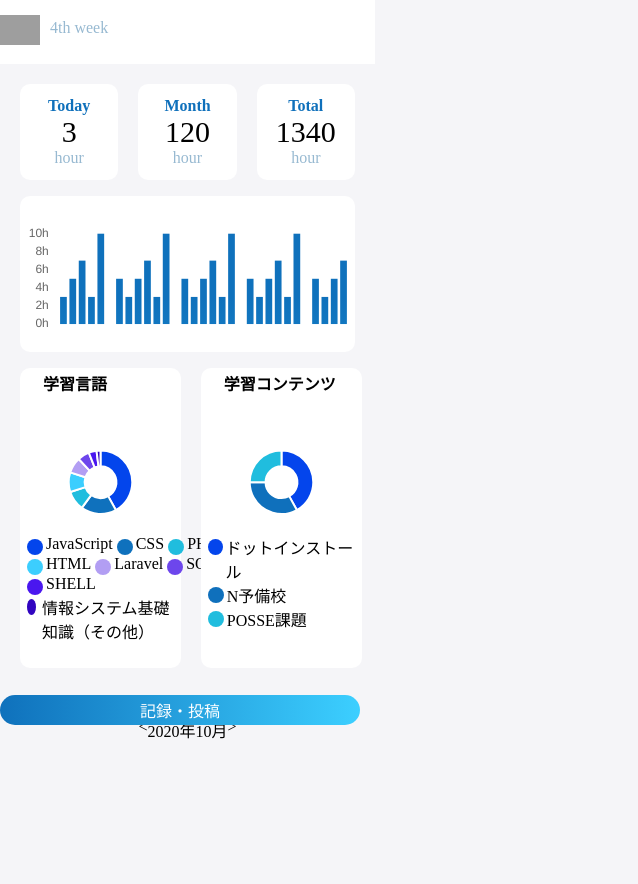
Repository: posse-ap/gen2.0-kamibayasitaito
Page: app/app.html
These files come from the project's save history. The page is drawn as it stood at one moment and after the next save; the edit follows.
The browser window is 375 px wide. The page is 638 px wide, so the pictures cover 638 px, including what lies to the right of the window. The pictures show the whole page.
Pictures or frames that could not be fetched are drawn as grey boxes. Some web libraries are served in a nearby version.

Above is the page before, as saved 2021-11-26 18:55:17.

After the next save:
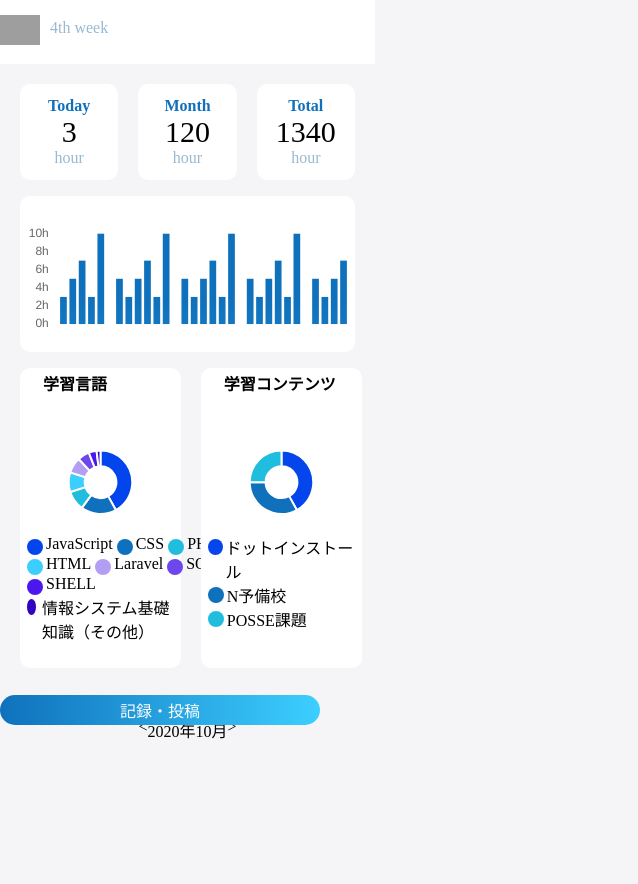
Saved 34 s later.
--- a/app/app_smartphone.css
+++ b/app/app_smartphone.css
@@ -322,7 +322,7 @@
             text-align: center;
             color: white;
               height: 30px;
-              width:360px ;
+              width:320px ;
               transform: translateY(50%);
              border-radius: 30px;
               background: linear-gradient(to right,#0f71bc,#3ccfff);
